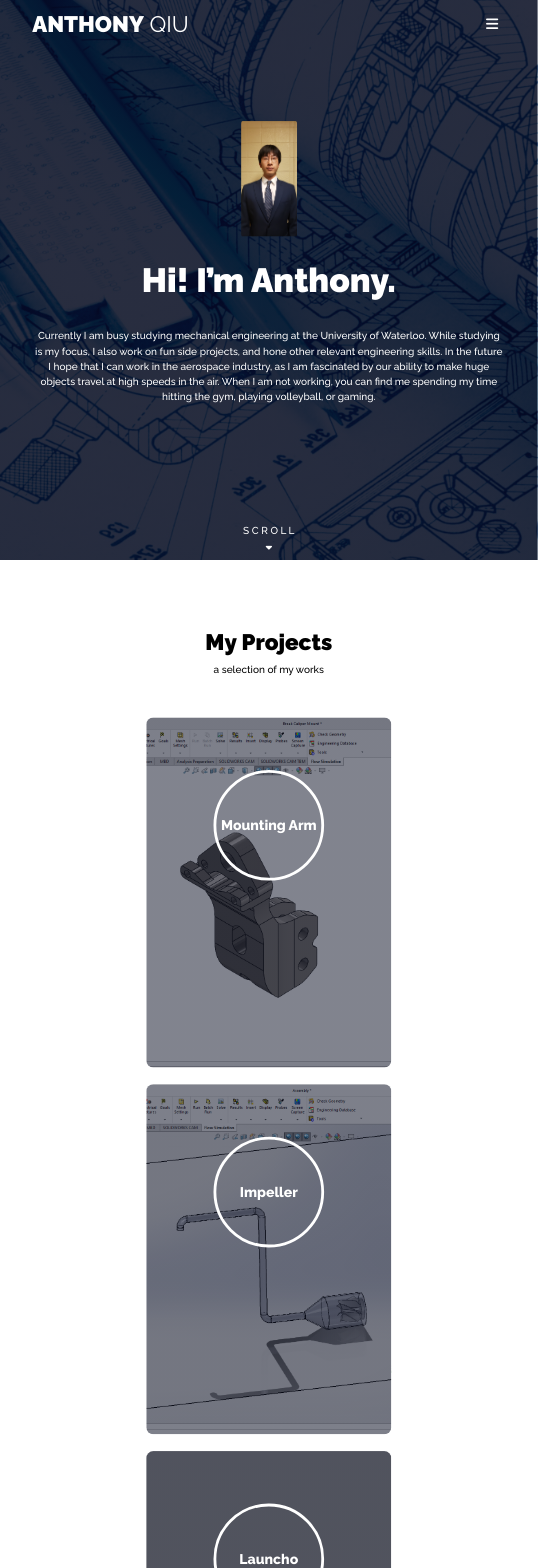
Repository: 7UM1N/anthonyq.github.io
Page: index.html
The author's editor kept a copy of each file at every save. The page is drawn from the files as they stood at one save, then again after the next save.
The browser window is 768 px wide. The pictures show the part of the page from y = 0 to 2240 px (the page is 4449 px tall), at 70% of full size.
Pictures or frames that could not be fetched are drawn as grey boxes.

Above is the page before, as saved 2023-02-28 13:56:19.

### index.html
<!DOCTYPE html>
<html lang="en">
    <head>
        <!-- Google tag (gtag.js) -->
        <script async src="https://www.googletagmanager.com/gtag/js?id=G-XFJFSFPP7C"></script>
        <script>
            window.dataLayer = window.dataLayer || [];
            function gtag(){dataLayer.push(arguments);}
            gtag('js', new Date());
            gtag('config', 'G-XFJFSFPP7C');
        </script>

        <meta charset="UTF-8">
        <meta name="viewport" content="width=device-width, initial-scale=1.0">
        <title>Anthony Qiu</title>
        <link rel="icon" type="image/jpg" href="/img/favicon.ico"/>
        <link rel="stylesheet" href="https://cdnjs.cloudflare.com/ajax/libs/normalize/8.0.1/normalize.min.css" integrity="sha512-NhSC1YmyruXifcj/KFRWoC561YpHpc5Jtzgvbuzx5VozKpWvQ+4nXhPdFgmx8xqexRcpAglTj9sIBWINXa8x5w==" crossorigin="anonymous" referrerpolicy="no-referrer" />
        <link rel="stylesheet" href="https://cdnjs.cloudflare.com/ajax/libs/font-awesome/6.2.1/css/all.min.css" integrity="sha512-MV7K8+y+gLIBoVD59lQIYicR65iaqukzvf/nwasF0nqhPay5w/9lJmVM2hMDcnK1OnMGCdVK+iQrJ7lzPJQd1w==" crossorigin="anonymous" referrerpolicy="no-referrer" />
        <link rel="stylesheet" href="css/style.css">
        <link rel="preconnect" href="https://fonts.googleapis.com">
        <link rel="preconnect" href="https://fonts.gstatic.com" crossorigin>
        <link href="https://fonts.googleapis.com/css2?family=Raleway:ital,wght@0,100;0,200;0,300;0,400;0,500;0,600;0,700;0,800;0,900;1,100;1,200;1,300;1,400;1,500;1,600;1,700;1,800;1,900&display=swap" rel="stylesheet">
    </head>
    <body>

        <!-- header -->
        <header>
            <nav>
                <a class="logo" href="index.html">
                    <strong>ANTHONY</strong> QIU
                </a>
                <div class="nav-links" id="navLinks">
                    <ul>
                        <i class="fa-solid fa-xmark" onclick="hideMenu()"></i>
                        <li><a href="index.html" >HOME</a></li>
                        <li><a href="index.html#projects">PROJECTS</a></li>
                        <li><a href="contact.html">CONTACT</a></li>
                    </ul>
                </div>
                <i class="fa-solid fa-bars" onclick="showMenu()"></i>
            </nav>
            <div class="text-box">
                <img src="img/Anthony.jpg">
                <h1>Hi! I’m Anthony.</h1>
                <p>
                    Currently I am busy studying mechanical engineering at the University of Waterloo. While studying is my focus,
                    I also work on fun side projects, and hone other relevant engineering skills. In the future I hope that I can
                    work in the aerospace industry, as I am fascinated by our ability to make huge objects travel at high speeds in the air.
                    When I am not working, you can find me spending my time hitting the gym, playing volleyball, or gaming.
                </p>
                <!--<a href="Resume.pdf" class="hero-btn"><strong>check out my resume</strong></a>-->
            </div>
            <div class="scroll">
                <p>S C R O L L<br><i class="fa-solid fa-sort-down"></i></p>
            </div>
        </header>

        <!-- projects -->
        <section class="projects" id="projects">
            <h2>My Projects</h2>
            <p>a selection of my works</p>
            <div class="portfolio">
                <!--<a href="">
                    <div class="portfolio-item nerfv2">
                        <h3>Nerf V2</h3>
                        <p>coming soon...</p>
                    </div>
                </a>-->
                <a href="break-caliper-arm.html">
                    <div class="portfolio-item break-caliper-arm">
                        <h3>Mounting Arm</h3>
                        <p>break caliper mounting arm</p>
                    </div>
                </a>
                <a href="impeller.html">
                    <div class="portfolio-item impeller">
                        <h3>Impeller</h3>
                        <p>impeller for robotic suction arm</p>
                    </div>
                </a>
                <a href="launcho.html">
                    <div class="portfolio-item launcho">
                        <h3>Launcho</h3>
                        <p>spring powered toy rocket</p>
                    </div>
                </a>
                <a href="codebreaker.html">
                    <div class="portfolio-item codebreaker">
                        <h3>Codebreaker</h3>
                        <p>the ultimate mastermind</p>
                    </div>
                </a>
                <a href="saitama.html">
                    <div class="portfolio-item saitama">
                        <h3>Saitama</h3>
                        <p>a discord bot</p>
                    </div>
                </a>
                <a href="this-website.html">
                    <div class="portfolio-item this-website">
                        <h3>This Website</h3>
                        <p>an html creation</p>
                    </div>
                </a>
            </div>
        </section>

        <!-- footer -->
        <footer class="footer">
            <a href="mailto:anthony.bo.qiu@gmail.com" class="email">anthony.bo.qiu@gmail.com</a>
            <ul class="socials">
                <li class="socials-item">
                    <a class="social-item-link" href="https://www.linkedin.com/in/anthonyboqiu">
                        <i class="fa-brands fa-linkedin"></i>
                    </a>
                </li>
                <li class="socials-item">
                    <a class="social-item-link" href="https://github.com/anthonyqiu">
                        <i class="fa-brands fa-github"></i>
                    </a>
                </li>
            </ul>
            <P class="love">made with <i class="fa-regular fa-heart"></i> by Anthony</p>
        </footer>

        <!-- javascript-->
        <script src="js/index.js"></script>
    </body>
</html>

### css/style.css
/*custom properties*/
:root {
    --ff-primary: 'Raleway', sans-serif;
    --ff-secondary: 'Raleway', sans-serif;

    --fw-reg: 500;
    --fw-bold: 850;

    --clr-light: #fff;
    --clr-dark: #000000;
    --clr-accent: #e281ff;

    --fs-h1: 3rem;
    --fs-h2: 2rem;
    --fs-h3: 1.25rem;
    --fs-h4: 1.05rem;
    --fs-body: 0.9rem;

    --bs: 0.25em 0.25em 0.75em rgba(0, 0, 0, .25), 0.125em 0.125em 0.25em rgba(0, 0, 0, .15);
}

* {
    margin: 0;
    padding: 0;
    font-family: var(--ff-primary);
}

/* typography */
h1,
h2,
h3 {
    line-height: 1.1;
}

h1, h2, h3, h4 {
    font-weight: var(--fw-bold);
}

h1 {font-size: var(--fs-h1)}
h2 {font-size: var(--fs-h2)}
h3 {
    font-size: var(--fs-h3);
    font-weight: 800;
}
h4 {
    font-size: var(--fs-h4);
}

p {
    font-size: var(--fs-body);
    font-weight: var(--fw-reg);
    line-height: 150%;
    padding: 10px;
}

a:link {
    text-decoration: none;
}

a:visited {
    text-decoration: none;
}

a:hover {
    text-decoration: none;
}

a:active {
    text-decoration: none;
}

strong {font-weight: var(--fw-bold);}

/*header*/
header {
    min-height: 100vh;
    width: 100%;
    background-image: linear-gradient(rgba(4, 9, 30, 0.85), rgba(4, 9, 30, 0.85)), url(../img/blueprint.jpeg);
    background-position: center;
    background-size: cover;
    position: relative;
}

header img {
    max-width: 20vh;
    border-radius: 7%;
}

nav {
    display: flex;
    padding: 2% 6%;
    justify-content: space-between;
    align-items: center;
}

.logo {
    color: var(--clr-light);
    text-decoration: none;
    font-size: var(--fs-h2);
}

.nav-links {
    flex: 1;
    text-align: right;
}

.nav-links ul li {
    list-style: none;
    display: inline-block;
    padding: 8px 12px;
    position: relative;
}

.nav-links ul li a {
    color: var(--clr-light);
    text-decoration: none;
    font-size: var(--fs-body);
}

.nav-links ul li::after {
    content: '';
    width: 0%;
    height: 2px;
    background: var(--clr-light);
    display: block;
    margin: auto;
    transition: 0.5s;
}

.nav-links ul li:hover::after {
    width: 100%;
}

.text-box {
    width: 50%;
    color: var(--clr-light);
    position: absolute;
    top: 50%;
    left: 50%;
    transform: translate(-50%, -50%);
    text-align: center;
}

.text-box p {
    margin: 10px 0 40px;
    color: var(--clr-light);
}

.hero-btn {
    color: var(--clr-light);
    border: 1px solid var(--clr-light);
    display: inline-block;
    text-decoration: none;
    padding: 12px 34px;
    font-size: var(--fs-body);
    background: transparent;
    position: relative;
    cursor: pointer;
    margin-top: 20px;;
}

.hero-btn:hover {
    background: var(--clr-light);
    color: var(--clr-dark);
    transition: 1s;
}

.inverse-btn {
    color: var(--clr-dark);
    border: 1px solid var(--clr-dark);
}

.inverse-btn:hover {
    color: var(--clr-light);
    background: var(--clr-dark);
}

nav .fa-solid {
    display: none;
}

.scroll {
    color: var(--clr-light);
    text-align: center;
    position: absolute;
    top: 96%;
    left: 50%;
    transform: translate(-50%, -50%);
}

/*projects*/

.projects {
    width: 80%;
    margin: auto;
    text-align: center;
    padding-top: 100px;
    padding-bottom: 100px;
}

.projects p {
    color: var(--clr-dark);
}

.projects img {
    width: 12rem;
    height: 18rem;
    border-radius: 10px;
}

.portfolio {
    display: flex;
    flex-wrap: wrap;
    gap: 1.5rem;

    margin: auto;
    align-items: center;
    justify-content: center;
    margin-top: 3rem;
}

.portfolio-item {
    background-position: center;
    background-size: cover;
    position: relative;

    color: var(--clr-light);
    width: 350px;
    height: 500px;
    flex-shrink: 0;
    border-radius: 10px;
    box-sizing: border-box;
    transition: 0.5s;

    display: flex;
    justify-content: center;
    align-items: center;
    flex-direction: column;
}

.portfolio-item h3 {
    color: var(--clr-light);
    width: 150px;
    height: 150px;
    border-style: solid;
    border-width: 0.3rem;
    border-color: var(--clr-light);
    border-radius: 50%;

    position: relative;
    display: flex;
    justify-content: center;
    align-items: center;
    margin: auto;
}

.portfolio-item p {
    color: var(--clr-light);

    display: flex;
    justify-content: center;
    align-items: center;
    margin: auto;
    opacity: 0%;
    transition: 1s;
}

.break-caliper-arm {
    background-image: linear-gradient(rgba(4, 9, 30, 0.5), rgba(4, 9, 30, 0.5)), url(../img/break-caliper-arm/banner.png);
}
.impeller {
    background-image: linear-gradient(rgba(4, 9, 30, 0.5), rgba(4, 9, 30, 0.5)), url(../img/impeller/banner.png);
}
.nerfv2 {
    background-image: linear-gradient(rgba(4, 9, 30, 0.5), rgba(4, 9, 30, 0.5)), url(../img/coming-soon.webp);
}
.launcho {
    background-image: linear-gradient(rgba(4, 9, 30, 0.5), rgba(4, 9, 30, 0.5)), url(../img/launcho/launcho-card.jpg);
}
.codebreaker {
    background-image: linear-gradient(rgba(4, 9, 30, 0.5), rgba(4, 9, 30, 0.5)), url(../img/codebreaker/codebreaker-card.jpg);
}
.saitama {
    background-image: linear-gradient(rgba(4, 9, 30, 0.5), rgba(4, 9, 30, 0.5)), url(../img/saitama/saitama-banner.webp);
}
.this-website {
    background-image: linear-gradient(rgba(4, 9, 30, 0.5), rgba(4, 9, 30, 0.5)), url(../img/this-website/this-website-card.jpeg);
}

.portfolio-item h3 {
    vertical-align: middle;
}
.portfolio-item:hover {
    box-shadow: 0 0 20px 0px rgba(0, 0, 0, 0.80);
    filter: brightness(90%);
}

.portfolio-item:hover p {
    opacity: 100%;
}

.portfolio-item-text {
    position: absolute;
    top: 0;
}

/* footer */
.footer {
    background: var(--clr-dark);
    color: var(--clr-light);
    text-align: center;
    padding: 2.5em 0;
    font-size: var(--fs-h3);
    font-family: var(--ff-secondary);
}

.footer a {
    color: inherit;
    text-decoration: none;
}

.email {
    font-weight: var(--fw-bold);
    font-size: 11px;
}

.email:hover,
.social-item-link:hover {
    transform: scale(2);
    opacity: .5;
}

.email,
.social-item-link {
    transition:
        transform 750ms cubic-bezier(.5, 0, .5, 1),
        opacity 250ms linear;
}

.socials {
    list-style: none;
    display: flex;
    justify-content: center;
    margin: 0.25em 0 0;
    padding: 0;
}

.socials-item {
    margin: - .5em;
}

.socials-item {
    padding: .5em;
}

.love {
    font-size: 9px;
}

.fa-heart {
    color: var(--clr-accent);
}

/* sub header */
.sub-header {
    height: 100vh;
    width: 100%;
    background-image: linear-gradient(rgba(4, 9, 30, 0.7), rgba(4, 9, 30, 0.7)), url(../img/launcho/launcho-card.jpg);
    background-position: center;
    background-size: cover;
    text-align: center;
    margin: auto;
    position: relative;
}
.sub-header-contact {background-image: linear-gradient(rgba(4, 9, 30, 0.85), rgba(4, 9, 30, 0.85)), url(../img/blueprint.jpeg);}
.sub-header-break-caliper-arm {background-image: linear-gradient(rgba(4, 9, 30, 0.7), rgba(4, 9, 30, 0.7)), url(../img/break-caliper-arm/banner.png);}
.sub-header-impeller {background-image: linear-gradient(rgba(4, 9, 30, 0.7), rgba(4, 9, 30, 0.7)), url(../img/impeller/banner.png);}
.sub-header-nerfv2 {background-image: linear-gradient(rgba(4, 9, 30, 0.7), rgba(4, 9, 30, 0.7)), url(../img/coming-soon.webp);}
.sub-header-launcho {background-image: linear-gradient(rgba(4, 9, 30, 0.7), rgba(4, 9, 30, 0.7)), url(../img/launcho/launcho-card.jpg);}
.sub-header-codebreaker {background-image: linear-gradient(rgba(4, 9, 30, 0.7), rgba(4, 9, 30, 0.7)), url(../img/codebreaker/codebreaker-banner.jpg);}
.sub-header-saitama {background-image: linear-gradient(rgba(4, 9, 30, 0.7), rgba(4, 9, 30, 0.7)), url(../img/saitama/saitama-banner.webp);}
.sub-header-this-website {background-image: linear-gradient(rgba(4, 9, 30, 0.7), rgba(4, 9, 30, 0.7)), url(../img/this-website/this-website-card.jpeg);}

.sub-header .text-box {
    border-style: solid;
    border-width: 0.25rem;
    border-color: var(--clr-light);
}

.portfolio-item-section {
    text-align: center;
    padding-top: 100px;
    padding-bottom: 100px;
    width: 40%;

    position: relative;
    display: flex;
    justify-content: center;
    align-items: center;
    margin: auto;
    flex-direction: column;
}

.portfolio-item-section p {
    color: var(--clr-dark);
}

.portfolio-item-section img {
    max-width: 90%;
    max-height: 50vh;
    padding: 2rem;
}

.portfolio-item-section h2,
.portfolio-item-section h3 {
    margin-top: 1rem;
}

.contact {
    padding: 50px;
    width: 40%;
    margin: auto;
    text-align: center;
}

.contact input,
.contact textarea {
    width: 100%;
    padding: 15px;
    margin-bottom: 17px;
    outline: none;
    border: 1px solid var(--clr-dark);
    box-sizing: border-box;
}

/*smaller screens*/
@media(max-width: 800px) {
    .nav-links ul li {
        display: block;
    }

    .nav-links {
        position: fixed;
        background: var(--clr-dark);
        height: 100vh;
        width: 200px;
        top: 0;
        right: -200px;
        text-align: left;
        z-index: 2;
        transition: 1s;
    }

    nav .fa-solid {
        display: block;
        color: var(--clr-light);
        margin: 10px;
        font-size: var(--fs-h3);
        cursor: pointer;
    }

    .text-box {
        width: 90%;
    }

    header img {
        max-width: 10vh;
        border-radius: 3%;
    }

    .portfolio-item-section {
        width: 90%;
    }

    .contact {
        width: 70%;
    }
}

### js/index.js
//toggle menu
var navLinks = document.getElementById("navLinks");

function showMenu(){
    navLinks.style.right = "0";
}

function hideMenu(){
    navLinks.style.right = "-200px";
}

After the next save:
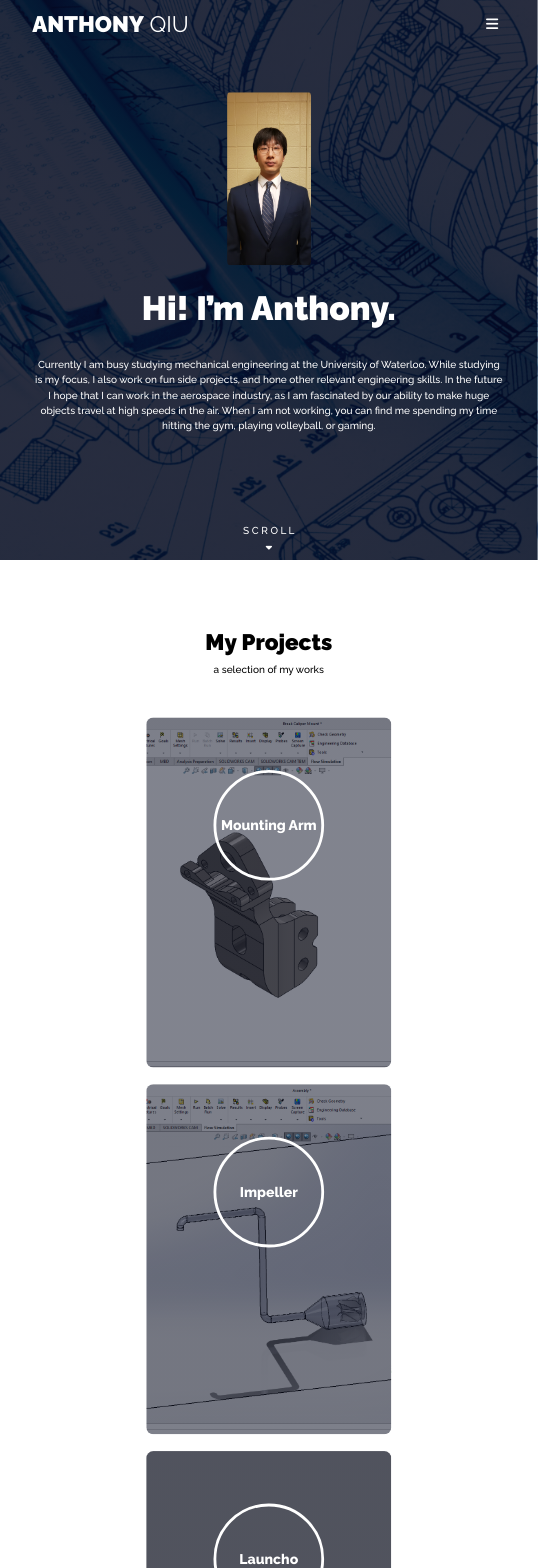
Saved 109 s later.
--- a/css/style.css
+++ b/css/style.css
@@ -464,7 +464,7 @@
     }
 
     header img {
-        max-width: 10vh;
+        max-width: 15vh;
         border-radius: 3%;
     }
 

After the save that followed:
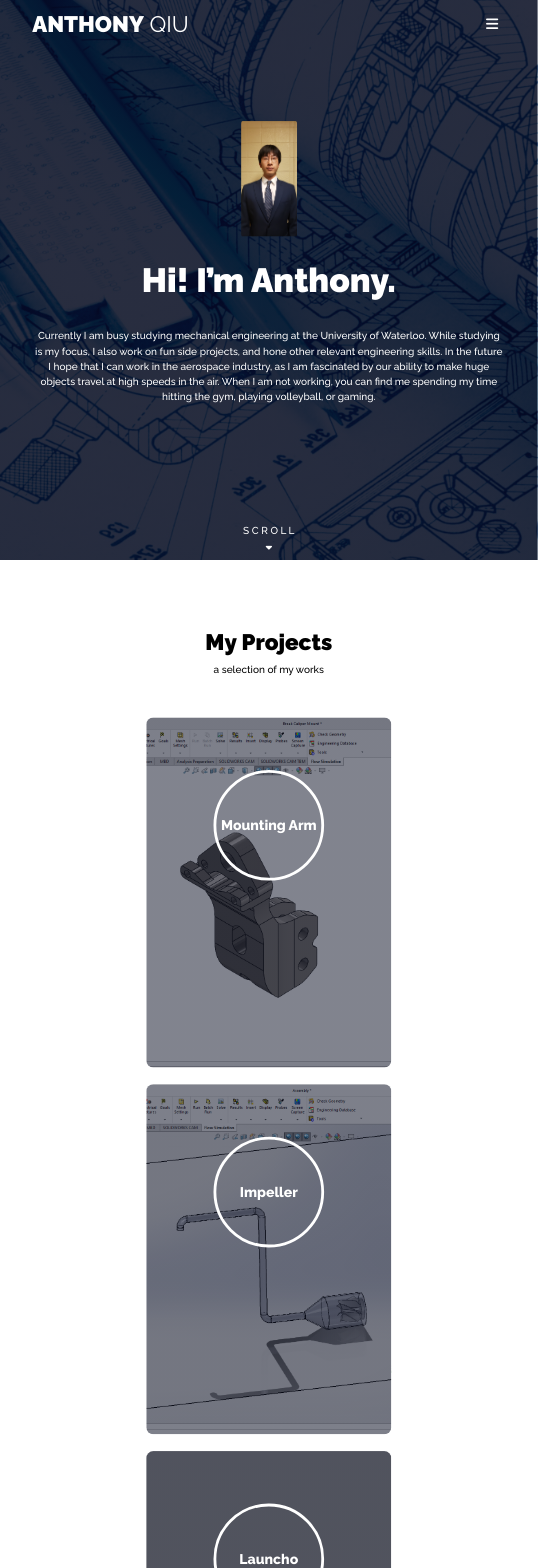
Saved 28 s later.
--- a/css/style.css
+++ b/css/style.css
@@ -464,7 +464,7 @@
     }
 
     header img {
-        max-width: 15vh;
+        max-width: 10vh;
         border-radius: 3%;
     }
 
